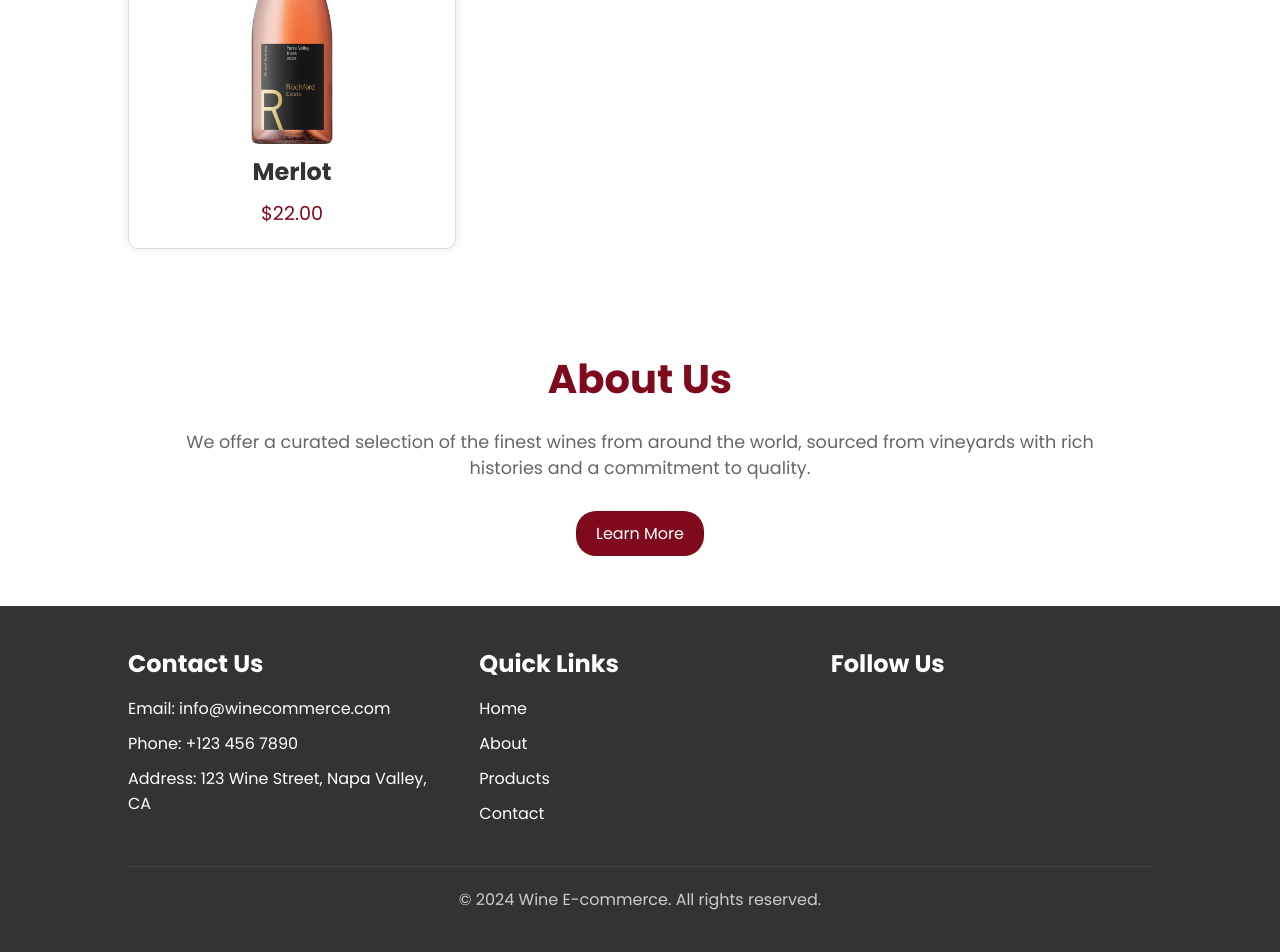
Repository: vncntxl/assesment3
Page: index.html
The author's editor kept a copy of each file at every save. The page is drawn from the files as they stood at one save, then again after the next save.
The browser window is 1280 px wide. The pictures show the part of the page from y = 1318 to 2270 px (the page is 2270 px tall).
Some icons come from a web library that is not loaded, so they are not drawn.

Above is the page before, as saved 2024-08-22 13:14:17.

After the next save:
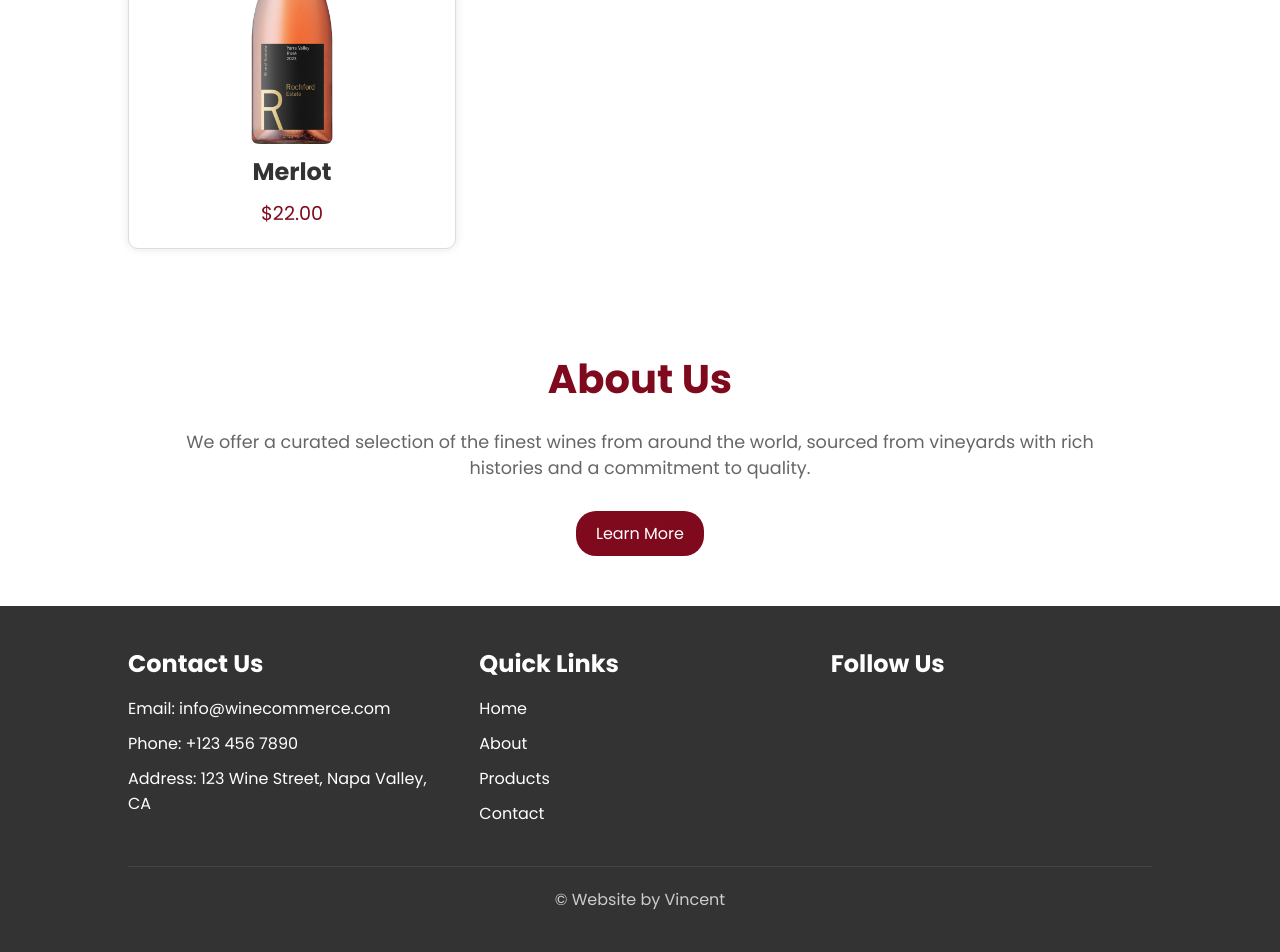
Saved 45 s later.
--- a/index.html
+++ b/index.html
@@ -104,14 +104,13 @@
                 <div class="footer-column">
                     <h3>Follow Us</h3>
                     <ul class="social-links">
-                        <li><a href="#"><i class="uil uil-facebook-f"></i></a></li>
-                        <li><a href="#"><i class="uil uil-twitter"></i></a></li>
-                        <li><a href="#"><i class="uil uil-instagram"></i></a></li>
-                        <li><a href="#"><i class="uil uil-linkedin-alt"></i></a></li>
+                        <li><a href="/facebook.com"><i class="uil uil-facebook-f"></i></a></li>
+                        <li><a href="/x.com"><i class="uil uil-twitter"></i></a></li>
+                        <li><a href="/instagram.com"><i class="uil uil-instagram"></i></a></li>
                     </ul>
                 </div>
             </div>
-            <p class="footer-note">&copy; 2024 Wine E-commerce. All rights reserved.</p>
+            <p class="footer-note">&copy; Website by Vincent</p>
         </div>
     </footer>
     <!-- END OF FOOTER -->
